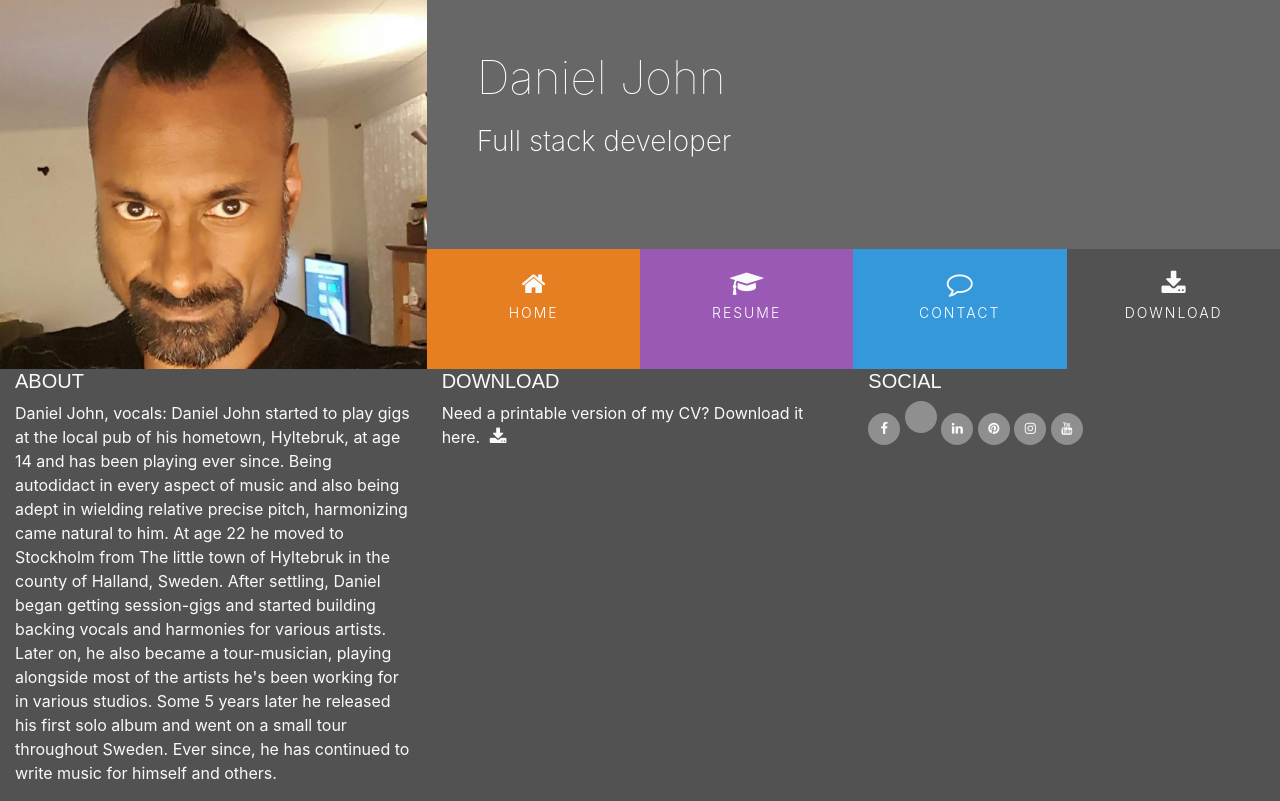
Repository: Jadehammar/initial-commit
Page: index.html
The author's editor kept a record of every edit. The page is drawn from the files as they stood at one moment, then again after the next edit.
The browser window is 1280 px wide. The pictures show the whole page.

Above is the page before.

After the next edit:
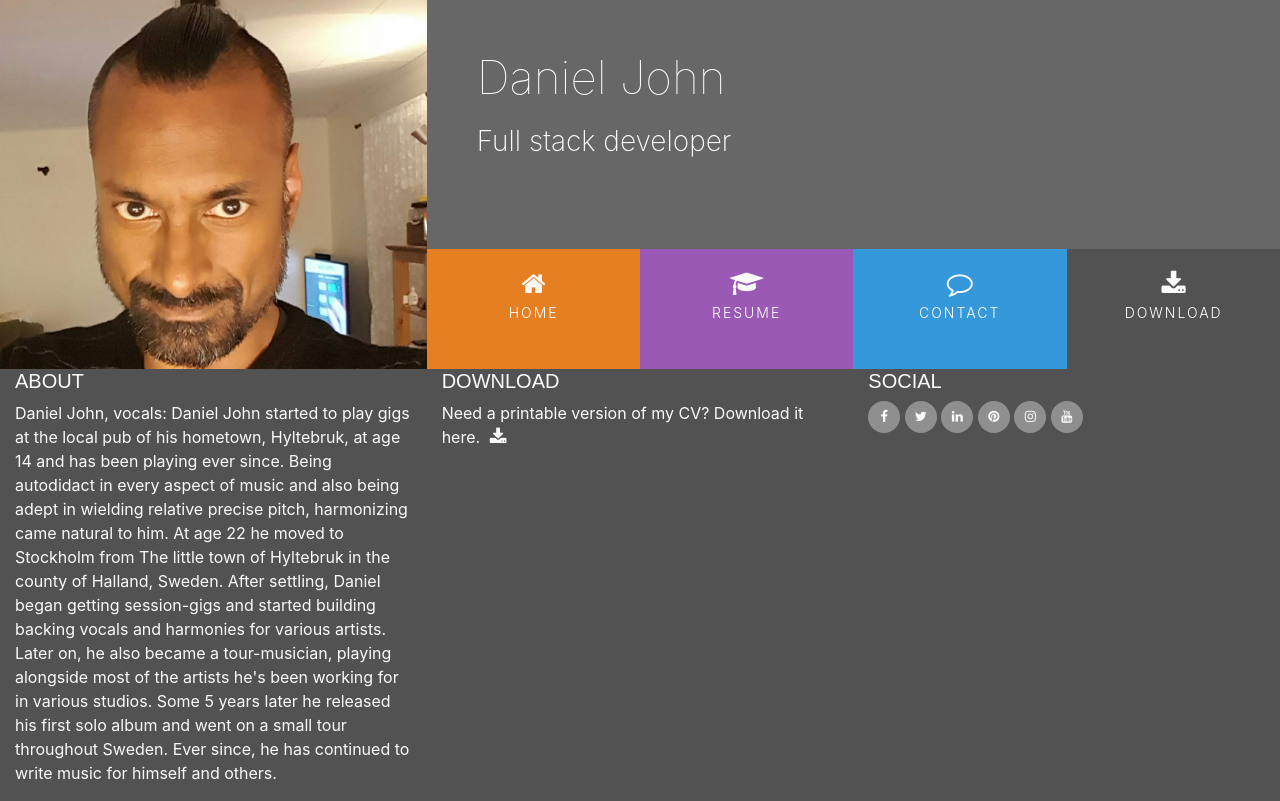
The edit:
--- a/index.html
+++ b/index.html
@@ -76,7 +76,7 @@
                     </li>
                     <li class="list-inline-item">
                         <a target="_blank" href="#">
-                            <i class="fa fa-Twitter" aria-hidden="true"></i>
+                            <i class="fa fa-twitter" aria-hidden="true"></i>
                             <span class="sr-only">Twitter</span>
                         </a>
                     </li>
